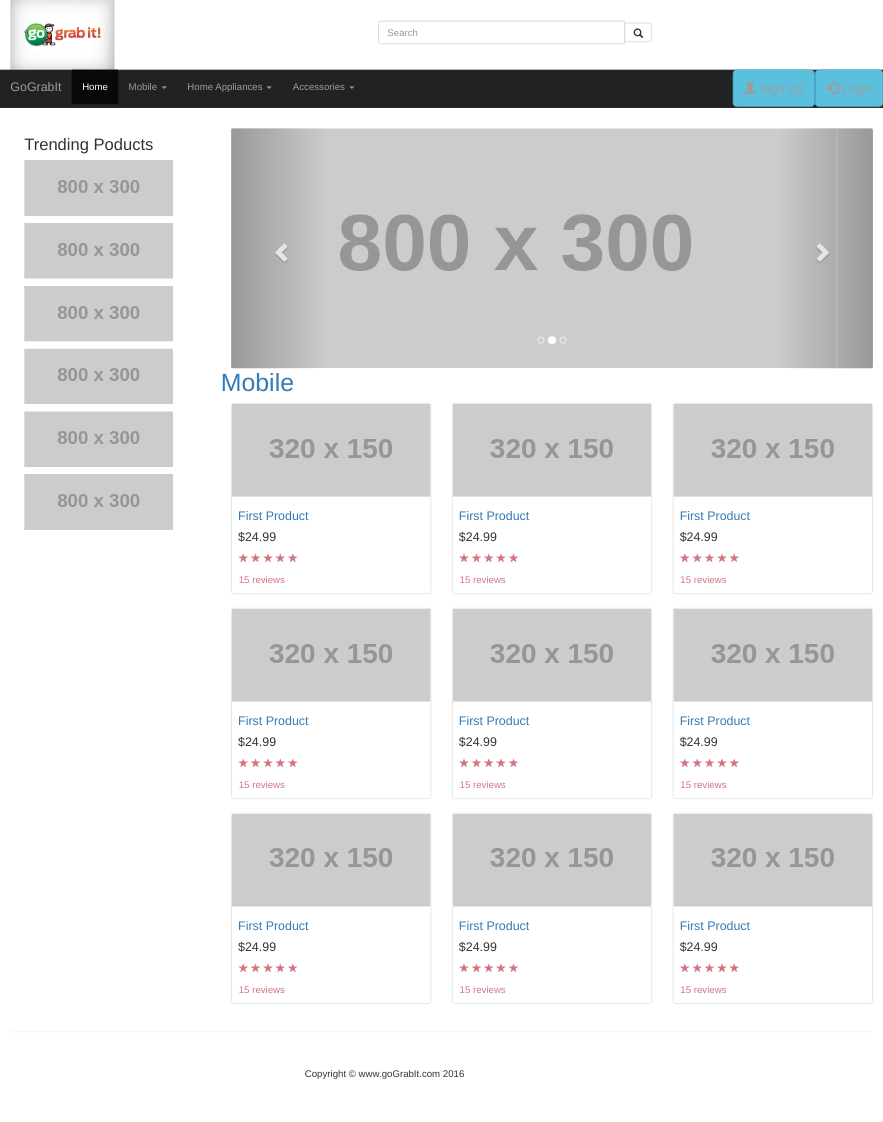
Repository: SixNullPointers/finaltemp
Page: http://localhost/Copy_of_ProductReviewer/category.jsp
These files come from the project's save history. The page is drawn as it stood at one moment and after a run of saves; the edit follows.
The browser window is 1280 px wide. The pictures show the whole page, at 69% of full size.
The page is served by Tomcat 9. Other server files are loaded and not shown.

Above is the page before, as saved 2016-01-22 15:09:25.

### Copy of ProductReviewer/src/main/webapp/category.jsp
<%@ page language="java" contentType="text/html; charset=ISO-8859-1"
    pageEncoding="ISO-8859-1"%>
<!DOCTYPE html PUBLIC "-//W3C//DTD HTML 4.01 Transitional//EN" "http://www.w3.org/TR/html4/loose.dtd">
<html>
<head>
<meta http-equiv="Content-Type" content="text/html; charset=ISO-8859-1">

<meta charset="utf-8">
    <meta http-equiv="X-UA-Compatible" content="IE=edge">
    <meta name="viewport" content="width=device-width, initial-scale=1">
    <meta name="description" content="">
    <meta name="author" content="">

    <title>Catagory</title>

    <!-- Bootstrap Core CSS -->
    <link href="css/bootstrap.min.css" rel="stylesheet">

    <!-- Custom CSS -->
    <link href="css/shop-homepage.css" rel="stylesheet">

    <!-- HTML5 Shim and Respond.js IE8 support of HTML5 elements and media queries -->
    <!-- WARNING: Respond.js doesn't work if you view the page via file:// -->
    <!--[if lt IE 9]>
        <script src="https://oss.maxcdn.com/libs/html5shiv/3.7.0/html5shiv.js"></script>
        <script src="https://oss.maxcdn.com/libs/respond.js/1.4.2/respond.min.js"></script>
    <![endif]-->

</head>
<body>
<script>
  window.fbAsyncInit = function() {
    FB.init({
      appId      : '1098991976802112',
      xfbml      : true,
      version    : 'v2.5'
    });
  };

  (function(d, s, id){
     var js, fjs = d.getElementsByTagName(s)[0];
     if (d.getElementById(id)) {return;}
     js = d.createElement(s); js.id = id;
     js.src = "//connect.facebook.net/en_US/sdk.js";
     fjs.parentNode.insertBefore(js, fjs);
   }(document, 'script', 'facebook-jssdk'));
</script>
   <div id="myModalforSignup"class="modal fade">
              <div class="modal-dialog">
                     <div class="modal-content">

                           <!-- Header Section -->
                           <div class="modal-header">
                           <button type="button" class="close" data-dismiss="modal">&times;</button>
                                  <h2>Sign UP</h2>

                           </div>

                           <!-- Body Section -->
                           <div class="modal-body">
                                  <form class="form col-md-12">
				<input type="text" class="form-control input-lg" placeholder="First Name" required autofocus /><br>
				                         <input type="text" class="form-control input-lg" placeholder="Last Name" required   /><br>
				                         <input type="text" class="form-control input-lg" placeholder="User Name" required  /><br>
				                         <input type="text" class="form-control input-lg" placeholder="Contact No" required  /><br>
                                         <input type="text" class="form-control input-lg" placeholder="Email" required  /><br>
                                         <input type="password" class="form-control input-lg" placeholder="Password" required /><br>
                                          <input type="password" class="form-control input-lg" placeholder="Confirm Password" required /><br><br><br>

                                  </form>
                           </div>

                           <!-- Footer Section -->
                           <div class="modal-footer">
                                  <div class="col-md-12">
                                         <button class="btn btn-primary btn-lg btn-block">Sign Up</button>
                                  </div>
                           </div>
                     </div>
              </div>
       </div>



       <!-- Modal for sign in -->
   <div id="myModal"class="modal fade">
              <div class="modal-dialog">
                     <div class="modal-content">

                           <!-- Header Section -->
                           <div class="modal-header">
                           <button type="button" class="close" data-dismiss="modal">&times;</button>
                                  <h2>Please sign in</h2>
                                   <div class="fb-login-button" data-max-rows="1" data-size="large" data-show-faces="false" data-auto-logout-link="false"></div>
                           </div>

                           <!-- Body Section -->
                           <div class="modal-body">
                                  <form class="form col-md-12">

                                         <input type="text" class="form-control input-lg" placeholder="Email" required autofocus />
                                         <input type="password" class="form-control input-lg" placeholder="Password" required />

                                         <label class="checkbox"> <input type="checkbox"
                                                value="remember-me" /> Remember me
                                         </label>

                                         <button class="btn btn-primary btn-lg btn-block">Sign In</button>
                                  </form>
                           </div>

                           <!-- Footer Section -->
                           <div class="modal-footer">
                                  <div class="col-md-12">
                                         <span class="pull-left"><a href="#">Forgot Password?</a></span>
                                         <span><a href="#">Register</a></span>
                                  </div>
                           </div>
                     </div>
              </div>
       </div>

    <div class="container-fluid">
    <div class="row">

 	<div class="col-md-5">
    <img src="images/logo.png"width="30%" height="30%">
 	</div>
    <div class="col-md-4">
      <div class="input-group">
        <input type="search"  class="form-control" placeholder="Search">
        <div class="input-group-btn">
            <button type="submit" class="btn btn-default" >
                <span class="glyphicon glyphicon-search"></span>
            </button>
        </div>
    </div>
 	</div>
   <div class="col-md-3">

 	</div>

     </div>
    </div>
   <nav class="navbar navbar-inverse navbar-default navbar-static-top" role="navigation">
  <div class="container-fluid">
    <div class="navbar-header">
      <a class="navbar-brand" href="#">GoGrabIt</a>
    </div>
    <ul class="nav navbar-nav">
      <li class="active"><a href="#">Home</a></li>
     <li class="dropdown">
        <a class="dropdown-toggle" data-toggle="dropdown" href="#">Mobile
        <span class="caret"></span></a>
        <ul class="dropdown-menu">
          <li><a href="#">Page 1-1</a></li>
          <li><a href="#">Page 1-2</a></li>
          <li><a href="#">Page 1-3</a></li>
        </ul>
      </li>
       <li class="dropdown">
        <a class="dropdown-toggle" data-toggle="dropdown" href="#">Home Appliances
                <span class="caret"></span></a>
        <ul class="dropdown-menu">
          <li><a href="#">Page 2-1</a></li>
          <li><a href="#">Page 2-2</a></li>
          <li><a href="#">Page 2-3</a></li>
        </ul>
      </li>
      <li class="dropdown">
        <a class="dropdown-toggle" data-toggle="dropdown" href="#">Accessories
        <span class="caret"></span></a>
        <ul class="dropdown-menu">
          <li><a href="#">Page 3-1</a></li>
          <li><a href="#">Page 3-2</a></li>
          <li><a href="#">Page 3-3</a></li>
        </ul>
      </li>
    </ul>
    <ul class="nav navbar-nav navbar-right">
      <li><a href="#" class="btn btn-info btn-lg" data-toggle="modal" data-target="#myModalforSignup"  ><span class="glyphicon glyphicon-user"></span> Sign Up</a></li>
      <li><a class="btn btn-info btn-lg" data-toggle="modal" data-target="#myModal"  ><span class="glyphicon glyphicon-log-in"></span> Login</a></li>
    </ul>


  </div></nav>
    <!-- Page Content -->
    <div class="container-fluid">

        <div class="row">

            <div class="col-sm-3 col-lg-3 col-md-3">
                <p class="lead"></p>
                <div class="list-group"  style="margin-left: 20px;">
                <h3>Trending Poducts</h3>
                               <div class="item active" style="margin-top: 10px">
                                    <img src="http://placehold.it/800x300" alt="" width="80%" height="50%">
                                </div>
                                <div class="item">
                                    <img  src="http://placehold.it/800x300" alt=""width="80%" height="50%">
                                </div>
                                <div class="item">
                                    <img  src="http://placehold.it/800x300" alt=""width="80%" height="50%">
                                </div>
                                <div class="item">
                                    <img src="http://placehold.it/800x300" alt=""width="80%" height="50%">
                                </div>
                                <div class="item">
                                    <img  src="http://placehold.it/800x300" alt=""width="80%" height="50%">
                                </div>
                                <div class="item">
                                    <img  src="http://placehold.it/800x300" alt=""width="80%" height="50%">
                                </div>

                </div>
            </div>
       <div class="col-md-9">

        <div class="row carousel-holder">

                    <div class="col-md-12">
                        <div id="carousel-example-generic" class="carousel slide" data-ride="carousel">
                            <ol class="carousel-indicators">
                                <li data-target="#carousel-example-generic" data-slide-to="0" class="active"></li>
                                <li data-target="#carousel-example-generic" data-slide-to="1"></li>
                                <li data-target="#carousel-example-generic" data-slide-to="2"></li>
                            </ol>
                            <div class="carousel-inner">
                                <div class="item active">
                                    <img class="slide-image" src="http://placehold.it/800x300" alt="">
                                </div>
                                <div class="item">
                                    <img class="slide-image" src="http://placehold.it/800x300" alt="">
                                </div>
                                <div class="item">
                                    <img class="slide-image" src="http://placehold.it/800x300" alt="">
                                </div>
                            </div>
                            <a class="left carousel-control" href="#carousel-example-generic" data-slide="prev">
                                <span class="glyphicon glyphicon-chevron-left"></span>
                            </a>
                            <a class="right carousel-control" href="#carousel-example-generic" data-slide="next">
                                <span class="glyphicon glyphicon-chevron-right"></span>
                            </a>
                        </div>
                    </div>

                </div>








            <div class="row">
           <a href="#"><h1>Mobile</h1></a>
            </div>
              <div class="row">
                    <div class="col-sm-4 col-lg-4 col-md-4">
                        <div class="thumbnail">
                            <img src="http://placehold.it/320x150" alt="">
                            <div class="caption">
                                <h4><a href="#">First Product</a></h4>
                                <h4>$24.99</h4>
                            </div>
                            <div class="ratings">

                                <p>
                                    <span class="glyphicon glyphicon-star"></span>
                                    <span class="glyphicon glyphicon-star"></span>
                                    <span class="glyphicon glyphicon-star"></span>
                                    <span class="glyphicon glyphicon-star"></span>
                                    <span class="glyphicon glyphicon-star"></span>
                                </p>
                                 <p>15 reviews</p>
                            </div>
                        </div>
                    </div>

                     <div class="col-sm-4 col-lg-4 col-md-4">
                        <div class="thumbnail">
                            <img src="http://placehold.it/320x150" alt="">
                            <div class="caption">
                                <h4><a href="#">First Product</a></h4>
                                <h4>$24.99</h4>
                            </div>
                            <div class="ratings">

                                <p>
                                    <span class="glyphicon glyphicon-star"></span>
                                    <span class="glyphicon glyphicon-star"></span>
                                    <span class="glyphicon glyphicon-star"></span>
                                    <span class="glyphicon glyphicon-star"></span>
                                    <span class="glyphicon glyphicon-star"></span>
                                </p>
                                 <p>15 reviews</p>
                            </div>
                        </div>
                    </div>
                    <div class="col-sm-4 col-lg-4 col-md-4">
                        <div class="thumbnail">
                            <img src="http://placehold.it/320x150" alt="">
                            <div class="caption">
                                <h4><a href="#">First Product</a></h4>
                                <h4>$24.99</h4>
                            </div>
                            <div class="ratings">

                                <p>
                                    <span class="glyphicon glyphicon-star"></span>
                                    <span class="glyphicon glyphicon-star"></span>
                                    <span class="glyphicon glyphicon-star"></span>
                                    <span class="glyphicon glyphicon-star"></span>
                                    <span class="glyphicon glyphicon-star"></span>
                                </p>
                                 <p>15 reviews</p>
                            </div>
                        </div>
                    </div>
                </div>
              <div class="row">
					  <div class="col-sm-4 col-lg-4 col-md-4">
                        <div class="thumbnail">
                            <img src="http://placehold.it/320x150" alt="">
                            <div class="caption">
                                <h4><a href="#">First Product</a></h4>
                                <h4>$24.99</h4>
                            </div>
                            <div class="ratings">

                                <p>
                                    <span class="glyphicon glyphicon-star"></span>
                                    <span class="glyphicon glyphicon-star"></span>
                                    <span class="glyphicon glyphicon-star"></span>
                                    <span class="glyphicon glyphicon-star"></span>
                                    <span class="glyphicon glyphicon-star"></span>
                                </p>
                                 <p>15 reviews</p>
                            </div>
                        </div>
                    </div>

                    <div class="col-sm-4 col-lg-4 col-md-4">
                        <div class="thumbnail">
                            <img src="http://placehold.it/320x150" alt="">
                            <div class="caption">
                                 <h4><a href="#">First Product</a></h4>
                                <h4>$24.99</h4>
                            </div>
                            <div class="ratings">

                                <p>
                                    <span class="glyphicon glyphicon-star"></span>
                                    <span class="glyphicon glyphicon-star"></span>
                                    <span class="glyphicon glyphicon-star"></span>
                                    <span class="glyphicon glyphicon-star"></span>
                                    <span class="glyphicon glyphicon-star"></span>
                                </p>
                                 <p>15 reviews</p>
                            </div>
                        </div>
                    </div>

                    <div class="col-sm-4 col-lg-4 col-md-4">
                        <div class="thumbnail">
                            <img src="http://placehold.it/320x150" alt="">
                            <div class="caption">
                                 <h4><a href="#">First Product</a></h4>
                                <h4>$24.99</h4>
                            </div>
                            <div class="ratings">

                                <p>
                                    <span class="glyphicon glyphicon-star"></span>
                                    <span class="glyphicon glyphicon-star"></span>
                                    <span class="glyphicon glyphicon-star"></span>
                                    <span class="glyphicon glyphicon-star"></span>
                                    <span class="glyphicon glyphicon-star"></span>
                                </p>
                                 <p>15 reviews</p>
                            </div>
                        </div>
                    </div>

                </div>
              <div class="row">

                    <div class="col-sm-4 col-lg-4 col-md-4">
                        <div class="thumbnail">
                            <img src="http://placehold.it/320x150" alt="">
                            <div class="caption">

                                <h4><a href="#">First Product</a></h4>
                                <h4>$24.99</h4>

                            </div>
                            <div class="ratings">

                                <p>
                                    <span class="glyphicon glyphicon-star"></span>
                                    <span class="glyphicon glyphicon-star"></span>
                                    <span class="glyphicon glyphicon-star"></span>
                                    <span class="glyphicon glyphicon-star"></span>
                                    <span class="glyphicon glyphicon-star"></span>
                                </p>
                                 <p>15 reviews</p>
                            </div>
                        </div>
                    </div>

                   <div class="col-sm-4 col-lg-4 col-md-4">
                        <div class="thumbnail">
                            <img src="http://placehold.it/320x150" alt="">
                            <div class="caption">
                               <h4><a href="#">First Product</a></h4>
                                <h4>$24.99</h4>
                            </div>
                            <div class="ratings">

                                <p>
                                    <span class="glyphicon glyphicon-star"></span>
                                    <span class="glyphicon glyphicon-star"></span>
                                    <span class="glyphicon glyphicon-star"></span>
                                    <span class="glyphicon glyphicon-star"></span>
                                    <span class="glyphicon glyphicon-star"></span>
                                </p>
                                 <p>15 reviews</p>
                            </div>
                        </div>
                    </div>

                     <div class="col-sm-4 col-lg-4 col-md-4">
                        <div class="thumbnail">
                            <img src="http://placehold.it/320x150" alt="">
                            <div class="caption">
                                 <h4><a href="#">First Product</a></h4>
                                <h4>$24.99</h4>
                            </div>
                            <div class="ratings">

                                <p>
                                    <span class="glyphicon glyphicon-star"></span>
                                    <span class="glyphicon glyphicon-star"></span>
                                    <span class="glyphicon glyphicon-star"></span>
                                    <span class="glyphicon glyphicon-star"></span>
                                    <span class="glyphicon glyphicon-star"></span>
                                </p>
                                 <p>15 reviews</p>
                            </div>

                        </div>
                    </div>
                </div>
            </div>
                </div>
                </div>

    <!-- /.container -->

    <div class="container-fluid">

        <hr>

        <!-- Footer -->
        <footer>
            <div class="row">
                <div class="col-lg-4"></div>
                <div class="col-lg-4">
                    <p>Copyright &copy; www.goGrabIt.com 2016</p>
                </div>
                    <div class="col-lg-4"></div>
                 <!--  <div class="col-lg-4">
                    <h3>Contact Us</h3>
                    <h4>Sanket Jain</h4>
                    <h5>+91-86575784856</h5>
                    <h5>05178-260840</h5>
                </div> -->
                 <!--  <div class="col-lg-6">
                    <p>About Us</p>
                </div> -->
            </div>
        </footer>

    </div>
    <!-- /.container -->

    <!-- jQuery -->
    <script src="js/jquery.js"></script>

    <!-- Bootstrap Core JavaScript -->
    <script src="js/bootstrap.min.js"></script>


</body>
</html>

### Copy of ProductReviewer/src/main/webapp/css/shop-homepage.css
/*!
 * Start Bootstrap - Shop Homepage HTML Template (http://startbootstrap.com)
 * Code licensed under the Apache License v2.0.
 * For details, see http://www.apache.org/licenses/LICENSE-2.0.
 */

body {
   /*  padding-top: 60px;  *//* Required padding for .navbar-fixed-top. Remove if using .navbar-static-top. Change if height of navigation changes. */
}

.slide-image {
    width: 100%;

}


#pim{
  	width: 200px;
  	height: 300px;


}
#fridge{
  	width: 50%;
  	height: 70%;
	margin-left: 10%;

}

#pac{
  	width: 320px;
  	height: 100px;


}

.input-group
{
  padding-top: 30px;
}
.carousel-holder {
    margin-bottom: 30px;
    height: 20px;
}

.carousel-control,
.item {
    border-radius: 4px;
    margin-top: 10px;
}

.caption {
    height: 80px;
    overflow: hidden;
}

.caption h4 {
    white-space: nowrap;
}

.thumbnail img {
    width: 100%;
}

.ratings {
    padding-right: 10px;
    padding-left: 10px;
    color: #d17581;
}

.thumbnail {
    padding: 0;

}

.thumbnail .caption-full {
    padding: 9px;
    color: #333;
}

footer {
    margin: 50px 0;
}

Loaded but not shown: Copy of ProductReviewer/src/main/webapp/css/bootstrap.min.css (library); Copy of ProductReviewer/src/main/webapp/js/jquery.js (library); Copy of ProductReviewer/src/main/webapp/js/bootstrap.min.js (library)

After the next 2 saves:
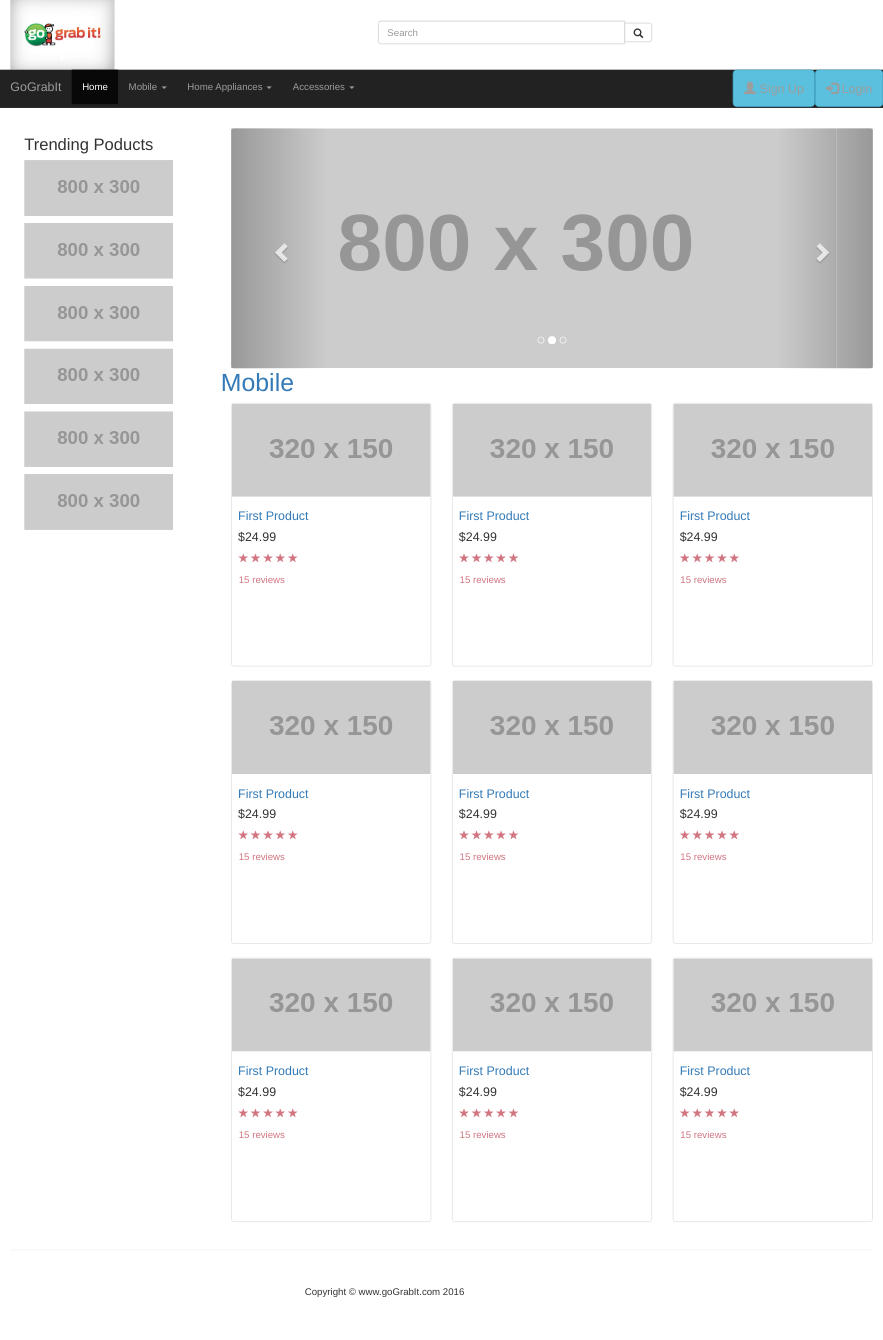
The 2 saves are shown as one change because they came seconds apart.
The last was saved 22 s later.
--- a/Copy of ProductReviewer/src/main/webapp/css/shop-homepage.css
+++ b/Copy of ProductReviewer/src/main/webapp/css/shop-homepage.css
@@ -66,6 +66,7 @@ body {
     padding-right: 10px;
     padding-left: 10px;
     color: #d17581;
+    margin-bottom: 40%;
 }
 
 .thumbnail {
